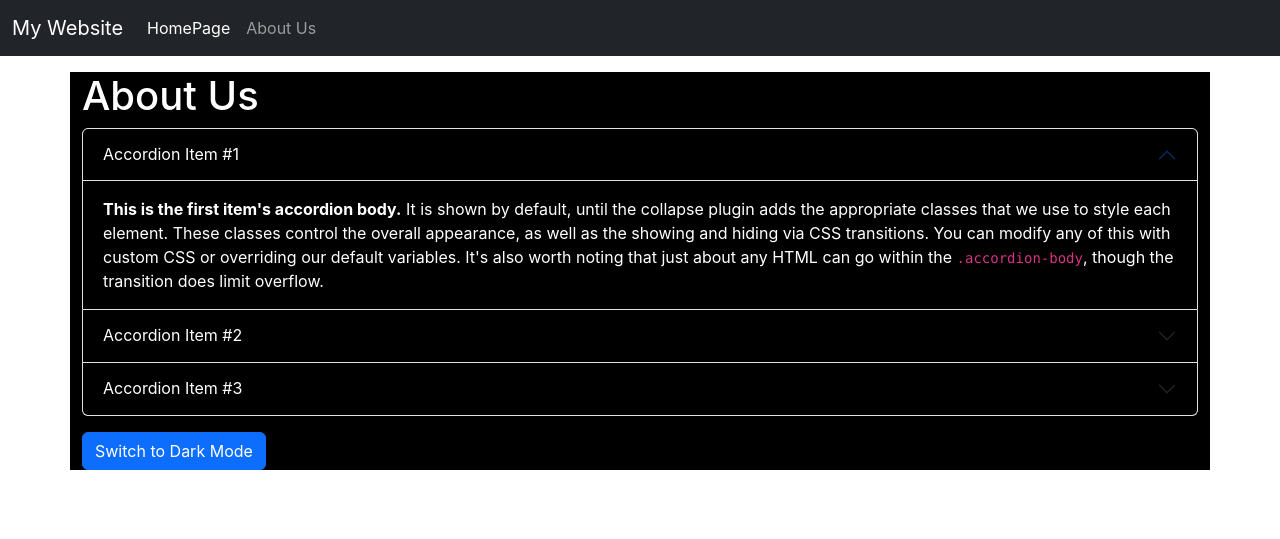
Repository: WajihaGul/Reactjs
Page: /
An editor plug-in stored every save of this project. The page is shown before and after the next save, followed by the edit.
The browser window is 1280 px wide. The pictures show the whole page.
The project was rebuilt for these pictures with package versions that can differ from the ones it lists, and the page was loaded fresh each time. Also part of the build but not shown: src/App.css.

Above is the page before, as saved 2024-02-07 21:06:37.

After the next save:
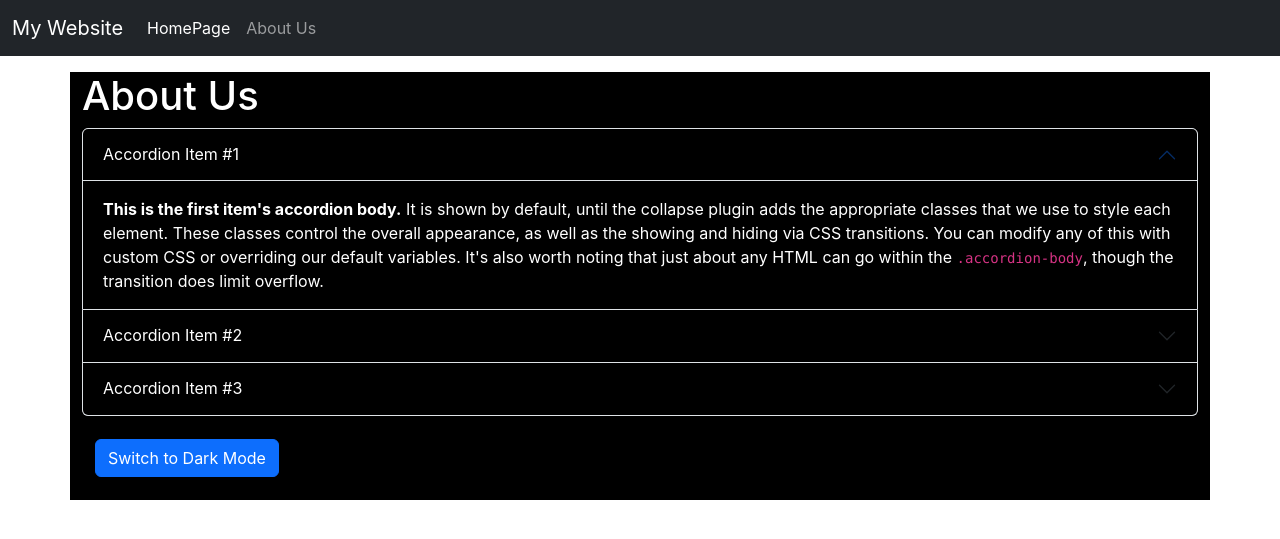
Saved 28 s later.
--- a/src/Components/About.js
+++ b/src/Components/About.js
@@ -66,7 +66,7 @@ export default function About() {
     </div>
   </div>
 </div>
-<div className='butooon my-3'>
+<div className='btn my-3'>
   <input className="btn btn-primary" value={btnText} type="button" btnText onClick={toggleMode}></input>
 </div>
 </div>
